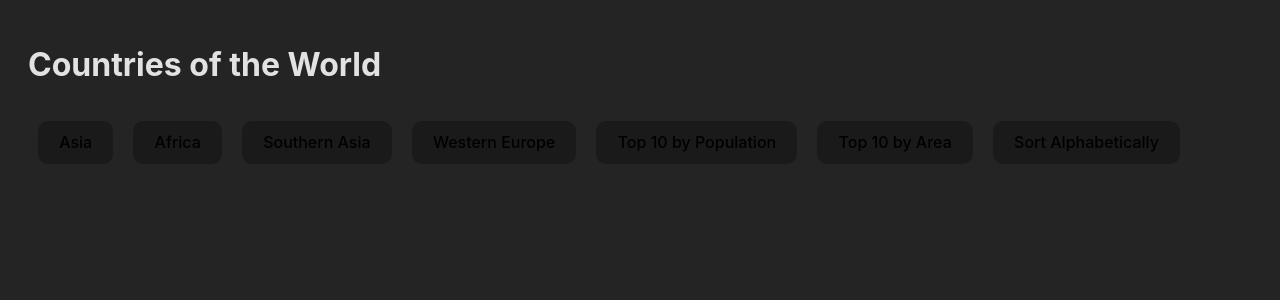
Repository: SandyLy453/comp-lab10
Page: /
These files come from the project's save history. The page is drawn as it stood at one moment and after the next save; the edit follows.
The browser window is 1280 px wide. The pictures show the whole page.
The page's requests for data from a server got no answer. The project was rebuilt for these pictures with package versions that can differ from the ones it lists, and the page was loaded fresh each time. No one was signed in, and anything a server would have sent is missing. Also part of the build but not shown: vite.config.js, src/components/Contry.jsx.

Above is the page before, as saved 2024-11-14 22:52:40.

After the next save:
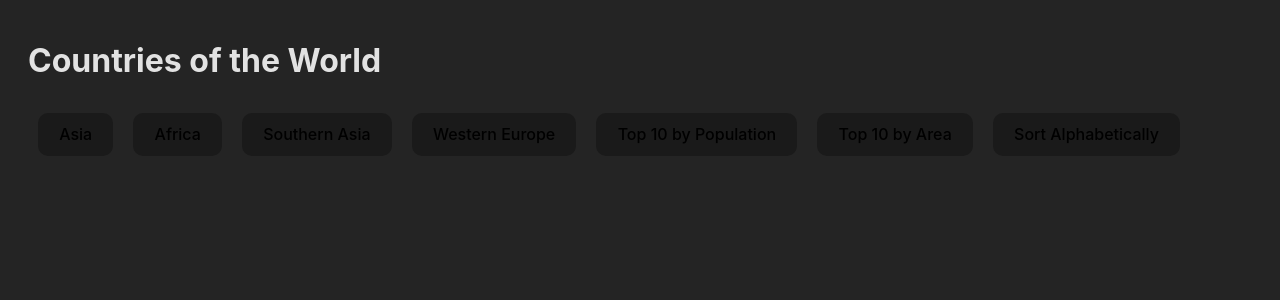
Saved 48 s later.
--- a/src/index.css
+++ b/src/index.css
@@ -1,6 +1,6 @@
 :root {
   font-family: Inter, system-ui, Avenir, Helvetica, Arial, sans-serif;
-  line-height: 1.5;
+  line-height: 1.25;
   font-weight: 400;
 
   color-scheme: light dark;
